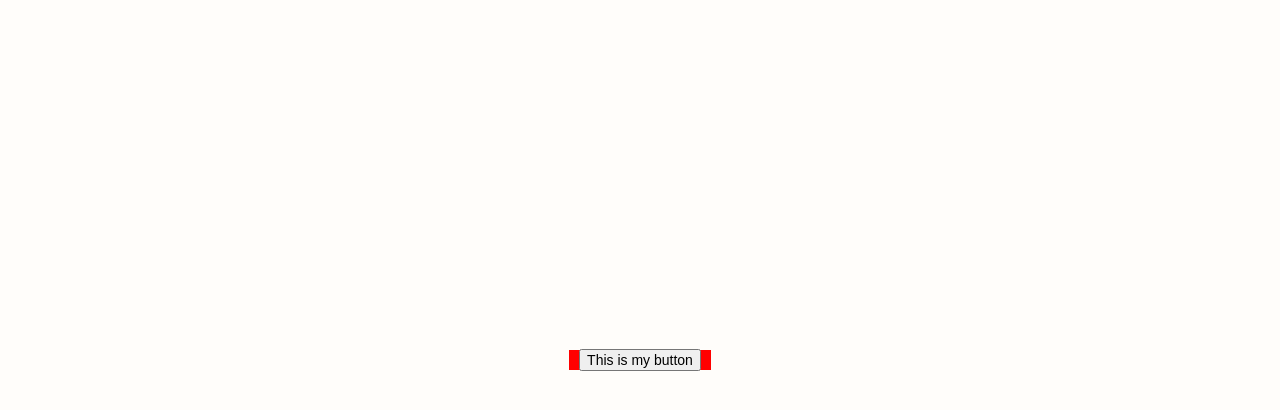
Repository: ZahirA1i/form-using-next
Page: /
An editor plug-in stored every save of this project. The page is shown before and after the next save, followed by the edit.
The browser window is 1280 px wide. The pictures show the whole page.
The project was rebuilt for these pictures with package versions that can differ from the ones it lists, and the page was loaded fresh each time. The framework's server and built-in components were replaced by stand-ins that run in the browser. Also part of the build but not shown: next.config.js, styles/Home.module.css.

Above is the page before, as saved 2022-09-28 12:08:53.

### pages/_app.js
//import '../styles/globals.css'
import 'semantic-ui-css/semantic.min.css';

function MyApp({ Component, pageProps }) {
  return <Component {...pageProps} />
}

export default MyApp

### pages/index.js
import Head from 'next/head'
import Image from 'next/image'
import styles from '../styles/Home.module.css'

import ButtonArea from '../Componets'
import { FlexCont, Wrapper } from '../styles/globals'

export default function Home() {
  return (
    <Wrapper>
      <FlexCont color="red">
      <ButtonArea name="Zahir"/>
      </FlexCont>


    </Wrapper>
  )
}

### Componets/index.js
import React from "React";

function ButtonArea() {
    return <button>This is my button</button>
}

export default ButtonArea;

### styles/globals.js
import styled from 'styled-components';

export const FlexCont = styled.div`
display:flex;
justify-content: center;
align-items: center;
background-color:${props => props.color || "inherit"};
padding: 10px;
height: 10px;


`

export const Wrapper = styled(FlexCont)`
width: 100w;
height: 100vh;
background: #FFFDFA;

`

After the next save:
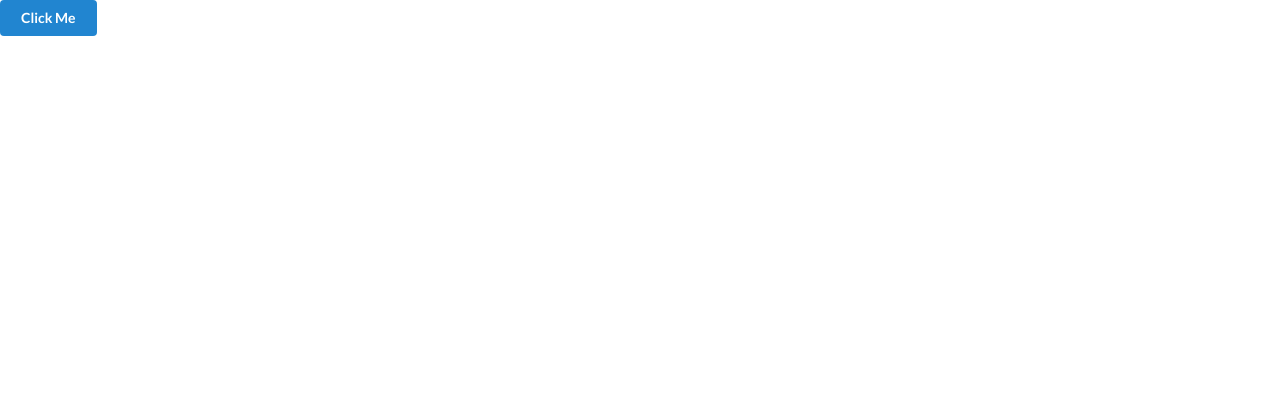
Saved 8 min 24 s later.
--- a/pages/index.js
+++ b/pages/index.js
@@ -1,18 +1,48 @@
-import Head from 'next/head'
-import Image from 'next/image'
-import styles from '../styles/Home.module.css'
+import {Button} from 'semantic-ui-react';
 
-import ButtonArea from '../Componets'
-import { FlexCont, Wrapper } from '../styles/globals'
+import { useRouter } from 'next/router';
+import { useState } from 'react';
 
 export default function Home() {
-  return (
-    <Wrapper>
-      <FlexCont color="red">
-      <ButtonArea name="Zahir"/>
-      </FlexCont>
+  //before, during and after
+
+  const[loginState,setLoginState] = useState("before");
+  var c = "blue";
 
 
-    </Wrapper>
+  if(loginState === "before"){
+    c = "blue";
+  }
+
+  if(loginState === "during"){
+    c = "green";
+  }
+
+  if(loginState === "after"){
+    c = "grey";
+  }
+
+  const HandleButton = () => {
+    if(loginState === "before"){
+      setLoginState("during");
+    }
+    if(loginState === "during"){
+      setLoginState("after");
+    }
+  }
+
+
+
+
+
+
+  return (
+    <div>
+<Button color ={c} onClick={() => HandleButton()}>
+Click Me
+</Button>
+    </div>
+
+
   )
 }
